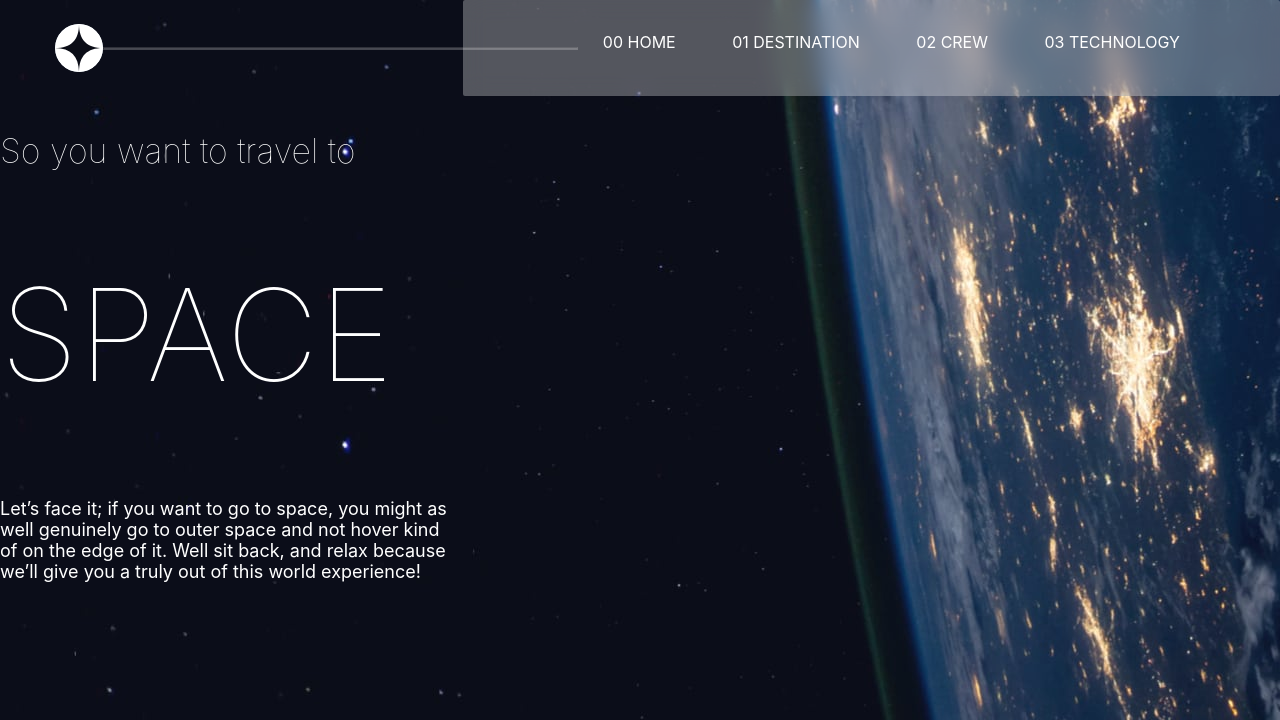
Repository: jhonenmanuel1/FrontEndMentor-MultiPageSpace
Page: /
An editor plug-in stored every save of this project. The page is shown before and after the next save, followed by the edit.
The browser window is 1280 px wide. The pictures show the whole page.
The project was rebuilt for these pictures with package versions that can differ from the ones it lists, and the page was loaded fresh each time.

Above is the page before, as saved 2022-06-21 16:37:29.

After the next save:
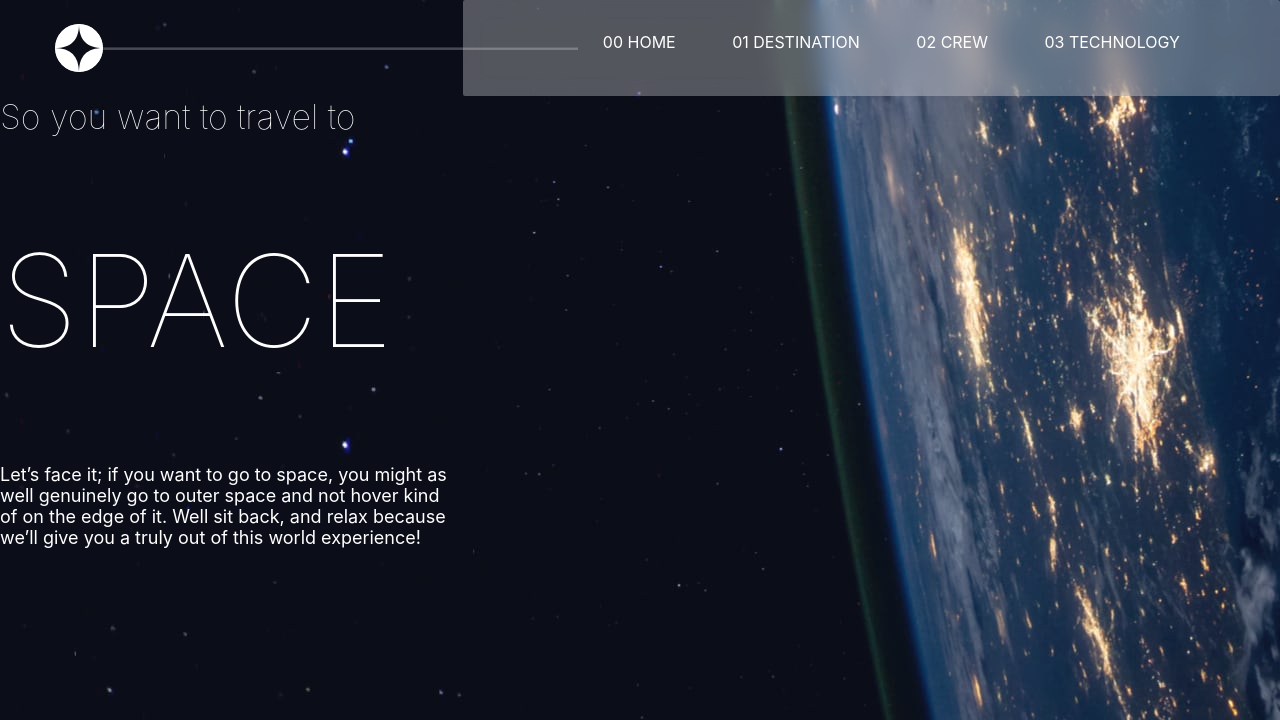
Saved 10 s later.
--- a/src/styles/homeview.module.css
+++ b/src/styles/homeview.module.css
@@ -12,6 +12,7 @@ body{
 .homeSpaceTargeth3 {
     font-weight: 1;
     font-size: 34px;
+    margin: 0px;
 }
 .homeSpaceTargeth1{
     font-weight: 3;
